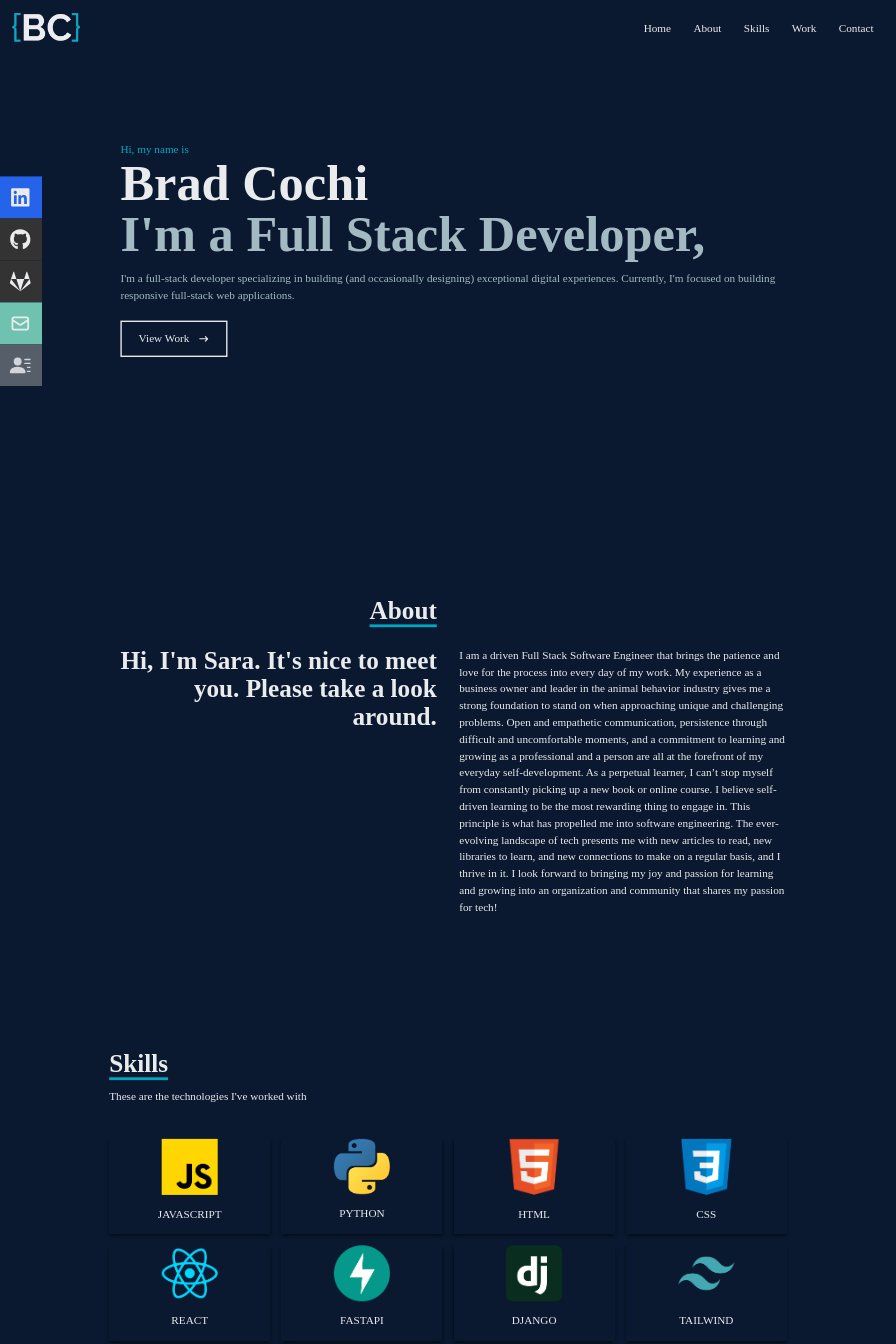
Repository: saramargulies/margulies-portfolio
Page: /
The author's editor kept a copy of each file at every save. The page is drawn from the files as they stood at one save, then again after the next save.
The browser window is 1280 px wide. The pictures show the part of the page from y = 0 to 1920 px (the page is 3600 px tall), at 70% of full size.
The project was rebuilt for these pictures with package versions that can differ from the ones it lists, and the page was loaded fresh each time.

Above is the page before, as saved 2023-12-05 12:38:45.

### public/index.html
<!DOCTYPE html>
<html lang="en">
  <head>
    <meta charset="utf-8" />
    <link rel="icon" href="%PUBLIC_URL%/favicon.ico" />
    <meta name="viewport" content="width=device-width, initial-scale=1" />
    <meta name="theme-color" content="#000000" />
    <meta
      name="description"
      content="Web site created using create-react-app"
    />
    <link rel="apple-touch-icon" href="%PUBLIC_URL%/logobluemobile.png" />
    <!--
      manifest.json provides metadata used when your web app is installed on a
      user's mobile device or desktop. See https://developers.google.com/web/fundamentals/web-app-manifest/
    -->
    <link rel="manifest" href="%PUBLIC_URL%/manifest.json" />
    <!--
      Notice the use of %PUBLIC_URL% in the tags above.
      It will be replaced with the URL of the `public` folder during the build.
      Only files inside the `public` folder can be referenced from the HTML.

      Unlike "/favicon.ico" or "favicon.ico", "%PUBLIC_URL%/favicon.ico" will
      work correctly both with client-side routing and a non-root public URL.
      Learn how to configure a non-root public URL by running `npm run build`.
    -->
    <title>Brad Cochi</title>
  </head>
  <body>
    <noscript>You need to enable JavaScript to run this app.</noscript>
    <div id="root"></div>
    <!--
      This HTML file is a template.
      If you open it directly in the browser, you will see an empty page.

      You can add webfonts, meta tags, or analytics to this file.
      The build step will place the bundled scripts into the <body> tag.

      To begin the development, run `npm start` or `yarn start`.
      To create a production bundle, use `npm run build` or `yarn build`.
    -->
  </body>
</html>

### src/App.js
import Navbar from "./components/Navbar";
import Home from "./components/Home";
import About from "./components/About";
import Skills from "./components/Skills";
import Work from "./components/Work";
import Contact from "./components/Contact";
import React, { useEffect } from "react";

function App() {
  useEffect(() => {
    document.title = "Brad Cochi";
  }, []);

  return (
    <div>
      <Navbar />
      <Home />
      <About />
      <Skills />
      <Work />
      <Contact />
    </div>
  );
}

export default App;

### src/components/Navbar.jsx
import React, { useState } from "react";
import {
  FaBars,
  FaTimes,
  FaGithub,
  FaGitlab,
  FaLinkedin,
} from "react-icons/fa";
import { HiOutlineMail } from "react-icons/hi";
import { BsFillPersonLinesFill } from "react-icons/bs";
import Logo from "../assets/logo.png";
import { Link } from "react-scroll";

const Navbar = () => {
  const [nav, setNav] = useState(false);
  const handleClick = () => setNav(!nav);

  return (
    <div className="fixed w-full h-[80px] flex justify-between items-center px-4 bg-[#0a192f] text-[#eaebed]">
      <div>
        <img src={Logo} alt="Logo" style={{ width: "100px" }} />
      </div>

      {/* Menu */}
      <ul className="hidden md:flex">
        <li>
          <Link to="home" smooth={true} duration={500}>
            Home
          </Link>
        </li>
        <li>
          <Link to="about" smooth={true} duration={500}>
            About
          </Link>
        </li>
        <li>
          <Link to="skills" smooth={true} duration={500}>
            Skills
          </Link>
        </li>
        <li>
          <Link to="work" smooth={true} duration={500}>
            Work
          </Link>
        </li>
        <li>
          <Link to="contact" smooth={true} duration={500}>
            Contact
          </Link>
        </li>
      </ul>

      {/* Hamburger */}
      <div onClick={handleClick} className="md:hidden z-10">
        {!nav ? <FaBars /> : <FaTimes />}
      </div>

      {/* Mobile menu */}
      <ul
        className={
          !nav
            ? "hidden"
            : "absolute top-0 left-0 w-full h-screen bg-[#0a192f] flex flex-col justify-center items-center"
        }
      >
        <li className="py-4 text-3xl">
          <Link onClick={handleClick} to="home" smooth={true} duration={500}>
            Home
          </Link>
        </li>
        <li className="py-4 text-3xl">
          <Link onClick={handleClick} to="about" smooth={true} duration={500}>
            About
          </Link>
        </li>
        <li className="py-4 text-3xl">
          <Link onClick={handleClick} to="skills" smooth={true} duration={500}>
            Skills
          </Link>
        </li>
        <li className="py-4 text-3xl">
          <Link onClick={handleClick} to="work" smooth={true} duration={500}>
            Work
          </Link>
        </li>
        <li className="py-4 text-3xl">
          <a
            className="flex justify-between items-center w-full text-gray-300"
            href="https://www.linkedin.com/in/brad-cochi/"
            target="_blank"
            rel="noopener noreferrer"
          >
            LinkedIn
          </a>
        </li>
        <li className="py-4 text-3xl">
          <a
            className="flex justify-between items-center w-full text-gray-300"
            href="https://docs.google.com/document/d/1NIh6wLXZUbtdGNBN_J33L0a28H9_5nH7budXHrZ2_Uo/edit"
            target="_blank"
            rel="noopener noreferrer"
          >
            Resume
          </a>
        </li>
        <li className="py-4 text-3xl">
          <a
            className="flex justify-between items-center w-full text-gray-300"
            href="https://github.com/bradcochi"
            target="_blank"
            rel="noopener noreferrer"
          >
            GitHub
          </a>
        </li>
        <li className="py-4 text-3xl">
          <a
            className="flex justify-between items-center w-full text-gray-300"
            href="https://gitlab.com/bradcochi"
            target="_blank"
            rel="noopener noreferrer"
          >
            GitLab
          </a>
        </li>
        <li className="py-4 text-3xl">
          <Link onClick={handleClick} to="contact" smooth={true} duration={500}>
            Contact
          </Link>
        </li>
      </ul>

      {/* Social icons */}
      <div className="hidden lg:flex fixed flex-col top-[35%] left-0">
        <ul>
          <li className="w-[160px] h-[60px] flex justify-between items-center ml-[-100px] hover:ml-[-10px] duration-300 bg-blue-600">
            <a
              className="flex justify-between items-center w-full text-[#eaebed]"
              href="https://www.linkedin.com/in/brad-cochi/"
              target="_blank"
              rel="noopener noreferrer"
            >
              LinkedIn <FaLinkedin size={30} />
            </a>
          </li>
          <li className="w-[160px] h-[60px] flex justify-between items-center ml-[-100px] hover:ml-[-10px] duration-300 bg-[#333333]">
            <a
              className="flex justify-between items-center w-full text-[#eaebed]"
              href="https://github.com/bradcochi"
              target="_blank"
              rel="noopener noreferrer"
            >
              GitHub <FaGithub size={30} />
            </a>
          </li>
          <li className="w-[160px] h-[60px] flex justify-between items-center ml-[-100px] hover:ml-[-10px] duration-300 bg-[#333333]">
            <a
              className="flex justify-between items-center w-full text-[#eaebed]"
              href="https://gitlab.com/bradcochi"
              target="_blank"
              rel="noopener noreferrer"
            >
              GitLab <FaGitlab size={30} />
            </a>
          </li>
          <li className="w-[160px] h-[60px] flex justify-between items-center ml-[-100px] hover:ml-[-10px] duration-300 bg-[#6fc2b0]">
            <Link
              to="contact"
              smooth={true}
              duration={500}
              className="flex justify-between items-center w-full text-[#eaebed]"
            >
              Email <HiOutlineMail size={30} />
            </Link>
          </li>
          <li className="w-[160px] h-[60px] flex justify-between items-center ml-[-100px] hover:ml-[-10px] duration-300 bg-[#565f69]">
            <a
              className="flex justify-between items-center w-full text-gray-300"
              href="https://docs.google.com/document/d/1NIh6wLXZUbtdGNBN_J33L0a28H9_5nH7budXHrZ2_Uo/edit"
              target="_blank"
              rel="noopener noreferrer"
            >
              Resume <BsFillPersonLinesFill size={30} />
            </a>
          </li>
          {/* need to add GitLab */}
        </ul>
      </div>
    </div>
  );
};

export default Navbar;

### src/components/Home.jsx
import React from "react";
import { HiArrowNarrowRight } from "react-icons/hi";
import { Link } from "react-scroll";

const Home = () => {
  return (
    <div name="home" className="w-full h-screen bg-[#0a192f]">
      {/* Container */}
      <div className="max-w-[1000px] mx-auto px-8 flex flex-col justify-center h-full">
        <p className="text-[#01a7c2]">Hi, my name is</p>
        <h1 className="text-4xl sm:text-7xl font-bold text-[#eaebed]">
          Brad Cochi
        </h1>
        <h2 className="text-4xl sm:text-7xl font-bold text-[#a3bac3]">
          I'm a Full Stack Developer,
        </h2>
        {/* Update the description in <p> tag to something personal */}
        <p className="text-[#a3bac3] py-4 max-w-700px">
          I'm a full-stack developer specializing in building (and occasionally
          designing) exceptional digital experiences. Currently, I'm focused on
          building responsive full-stack web applications.
        </p>
        <div>
          <Link to="work" smooth={true} duration={500}>
            <button className="text-[#eaebed] group border-2 px-6 py-3 my-2 flex items-center hover:bg-[#01a7c2] hover:border-[#01a7c2]">
              View Work
              <span className="group-hover:rotate-90 duration-300">
                <HiArrowNarrowRight className="ml-3" />
              </span>
            </button>
          </Link>
        </div>
      </div>
    </div>
  );
};

export default Home;

### src/components/About.jsx
import React from "react";

const About = () => {
  return (
    <div name="about" className="w-full h-screen bg-[#0a192f] text-[#eaebed]">
      <div className="flex flex-col justify-center items-center w-full h-full">
        <div className="max-w-[1000px] w-full grid grid-cols-2 gap-8">
          <div className="sm:text-right pb-8 pl-4">
            <p className="text-4xl font-bold inline border-b-4 border-[#01a7c2]">
              About
            </p>
          </div>
          <div></div>
        </div>
        <div className="max-w-[1000px] w-full grid sm:grid-cols-2 gap-8 px-4">
          <div className="sm:text-right text-4xl font-bold">
            <p>
              Hi, I'm Sara. It's nice to meet you. Please take a look around.
            </p>
          </div>
          <div>
            <p>
              I am a driven Full Stack Software Engineer that brings the
              patience and love for the process into every day of my work. My
              experience as a business owner and leader in the animal behavior
              industry gives me a strong foundation to stand on when approaching
              unique and challenging problems. Open and empathetic
              communication, persistence through difficult and uncomfortable
              moments, and a commitment to learning and growing as a
              professional and a person are all at the forefront of my everyday
              self-development. As a perpetual learner, I can’t stop myself from
              constantly picking up a new book or online course. I believe
              self-driven learning to be the most rewarding thing to engage in.
              This principle is what has propelled me into software engineering.
              The ever-evolving landscape of tech presents me with new articles
              to read, new libraries to learn, and new connections to make on a
              regular basis, and I thrive in it. I look forward to bringing my
              joy and passion for learning and growing into an organization and
              community that shares my passion for tech!
            </p>
          </div>
        </div>
      </div>
    </div>
  );
};

export default About;

### src/components/Skills.jsx
import React from "react";
import HTML from "../assets/html.png";
import CSS from "../assets/css.png";
import JavaScript from "../assets/javascript.png";
import Python from "../assets/python.png";
import ReactImg from "../assets/react.png";
import Django from "../assets/django.png";
import FastAPI from "../assets/fastapi.png";
import Tailwind from "../assets/tailwind.png";
import Bootstrap from "../assets/bootstrap.png";
import Mongo from "../assets/mongo.png";
import PostgreSQL from "../assets/postgresql.png";
import Docker from "../assets/docker.png";

const Skills = () => {
  return (
    <div
      name="skills"
      className="w-full min-h-screen flex items-center bg-[#0a192f] text-[#eaebed]"
    >
      {/* container */}
      <div className="max-w-[1000px] mx-auto p-4 flex flex-col justify-center w-full h-full">
        <div>
          <p className="text-4xl font-bold inline border-b-4 border-[#01a7c2]">
            Skills
          </p>
          <p className="py-4">These are the technologies I've worked with</p>
        </div>
        <div className="w-full grid grid-cols-2 sm:grid-cols-4 gap-4 text-center py-8">
          <div className="shadow-md shadow-[#040c16] hover:scale-110 duration-500">
            <img
              className="w-20 mx-auto"
              src={JavaScript}
              alt="JavaScript icon"
            />
            <p className="my-4">JAVASCRIPT</p>
          </div>
          <div className="shadow-md shadow-[#040c16] hover:scale-110 duration-500">
            <img className="w-20 mx-auto" src={Python} alt="Python icon" />
            <p className="my-4">PYTHON</p>
          </div>
          <div className="shadow-md shadow-[#040c16] hover:scale-110 duration-500">
            <img className="w-20 mx-auto" src={HTML} alt="HTML icon" />
            <p className="my-4">HTML</p>
          </div>
          <div className="shadow-md shadow-[#040c16] hover:scale-110 duration-500">
            <img className="w-20 mx-auto" src={CSS} alt="CSS icon" />
            <p className="my-4">CSS</p>
          </div>

          <div className="shadow-md shadow-[#040c16] hover:scale-110 duration-500">
            <img className="w-20 mx-auto" src={ReactImg} alt="React icon" />
            <p className="my-4">REACT</p>
          </div>
          <div className="shadow-md shadow-[#040c16] hover:scale-110 duration-500">
            <img className="w-20 mx-auto" src={FastAPI} alt="FastAPI icon" />
            <p className="my-4">FASTAPI</p>
          </div>
          <div className="shadow-md shadow-[#040c16] hover:scale-110 duration-500">
            <img className="w-20 mx-auto" src={Django} alt="Django icon" />
            <p className="my-4">DJANGO</p>
          </div>
          <div className="shadow-md shadow-[#040c16] hover:scale-110 duration-500">
            <img className="w-20 mx-auto" src={Tailwind} alt="Tailwind icon" />
            <p className="my-4">TAILWIND</p>
          </div>
          <div className="shadow-md shadow-[#040c16] hover:scale-110 duration-500">
            <img
              className="w-20 mx-auto"
              src={Bootstrap}
              alt="Bootstrap icon"
            />
            <p className="my-4">BOOTSTRAP</p>
          </div>
          <div className="shadow-md shadow-[#040c16] hover:scale-110 duration-500">
            <img className="w-20 mx-auto" src={Mongo} alt="Mongo DB icon" />
            <p className="my-4">MONGO DB</p>
          </div>
          <div className="shadow-md shadow-[#040c16] hover:scale-110 duration-500">
            <img
              className="w-20 mx-auto"
              src={PostgreSQL}
              alt="PostgreSQL icon"
            />
            <p className="my-4">POSTGRESQL</p>
          </div>
          <div className="shadow-md shadow-[#040c16] hover:scale-110 duration-500">
            <img className="w-20 mx-auto" src={Docker} alt="Docker icon" />
            <p className="my-4">DOCKER</p>
          </div>
        </div>
      </div>
    </div>
  );
};

export default Skills;

### src/components/Work.jsx
import React from "react";
import NPDBImg from "../assets/projects/NPDBImg.png";

const Work = () => {
  return (
    <div
      name="work"
      className="w-full md:min-h-screen flex items-center text-[#eaebed] bg-[#0a192f]"
    >
      <div className="max-w-[1000px] mx-auto p-4 flex flex-col justify-center w-full h-full">
        <div className="pb-8">
          <p className="text-4xl font-bold online border-b-4 text-[#eaebed] border-[#01a7c2]">
            Work
          </p>
          <p className="py-6">Check out some of my recent work</p>
        </div>

        {/* Container */}
        <div className="grid sm:grid-cols-2 md:grid-cols-3 gap-4">
          {/* Grid Item */}
          <div
            style={{ backgroundImage: `url(${NPDBImg})` }}
            className="shadow-lg shadow-[#040c16] group container rounded-md flex justify-center items-center mx-auto content-div"
          >
            {/* Hover Effects */}
            <div className="opacity-0 group-hover:opacity-100">
              <span className="text-2xl font-bold text-[#eaebed] track-wider">
                React JS Application
              </span>
              <div className="pt-8 text-center">
                <a
                  href="https://saramargs.gitlab.io/npdt/"
                  target="_blank"
                  rel="noopener noreferrer"
                >
                  <button className="text-center rounded-lg px-4 py-3 m-2 bg-[#eaebed] text-gray-700 font-bold text-lg">
                    Demo
                  </button>
                </a>
                <a
                  href="https://gitlab.com/saramargs/npdt"
                  target="_blank"
                  rel="noopener noreferrer"
                >
                  <button className="text-center rounded-lg px-4 py-3 m-2 bg-[#eaebed] text-gray-700 font-bold text-lg">
                    Code
                  </button>
                </a>
              </div>
            </div>
          </div>
        </div>
      </div>
    </div>
  );
};

export default Work;

### src/components/Contact.jsx
import React from "react";

const Contact = () => {
  return (
    <div
      name="contact"
      className="w-full min-h-screen bg-[#0a192f] flex justify-center items-center"
    >
      <form
        method="POST"
        action="https://getform.io/f/15822fa6-c7ff-455a-a9fe-c3d2c82dc92a"
        className="flex flex-col max-w-[600px] w-full p-4"
      >
        <div className="pb-8">
          <p className="text-4xl font-bold inline border-b-4 border-[#01a7c2] text-[#eaebed]">
            Contact
          </p>
          <p className="text-[#eaebed] py-4">
            Submit the form below or shoot me an email at bradcochi@gmail.com
          </p>
        </div>
        <input
          className="p-2 bg-[#ccd6f6]"
          type="text"
          placeholder="Name"
          name="name"
        />
        <input
          className="my-4 p-2 bg-[#ccd6f6]"
          type="email"
          placeholder="Email"
          name="email"
        />
        <textarea
          className="p-2 bg-[#ccd6f6]"
          name="message"
          rows="10"
          placeholder="Message"
        />
        <button className="text-[#eaebed] border-2 px-4 py-3 my-8 mx-auto flex items-center hover:bg-[#01a7c2] hover:border-[#01a7c2]">
          Let's Collaborate
        </button>
      </form>
    </div>
  );
};

export default Contact;

Loaded but not shown: src/index.js (common file); src/index.css (common file); tailwind.config.js (common file)

After the next save:
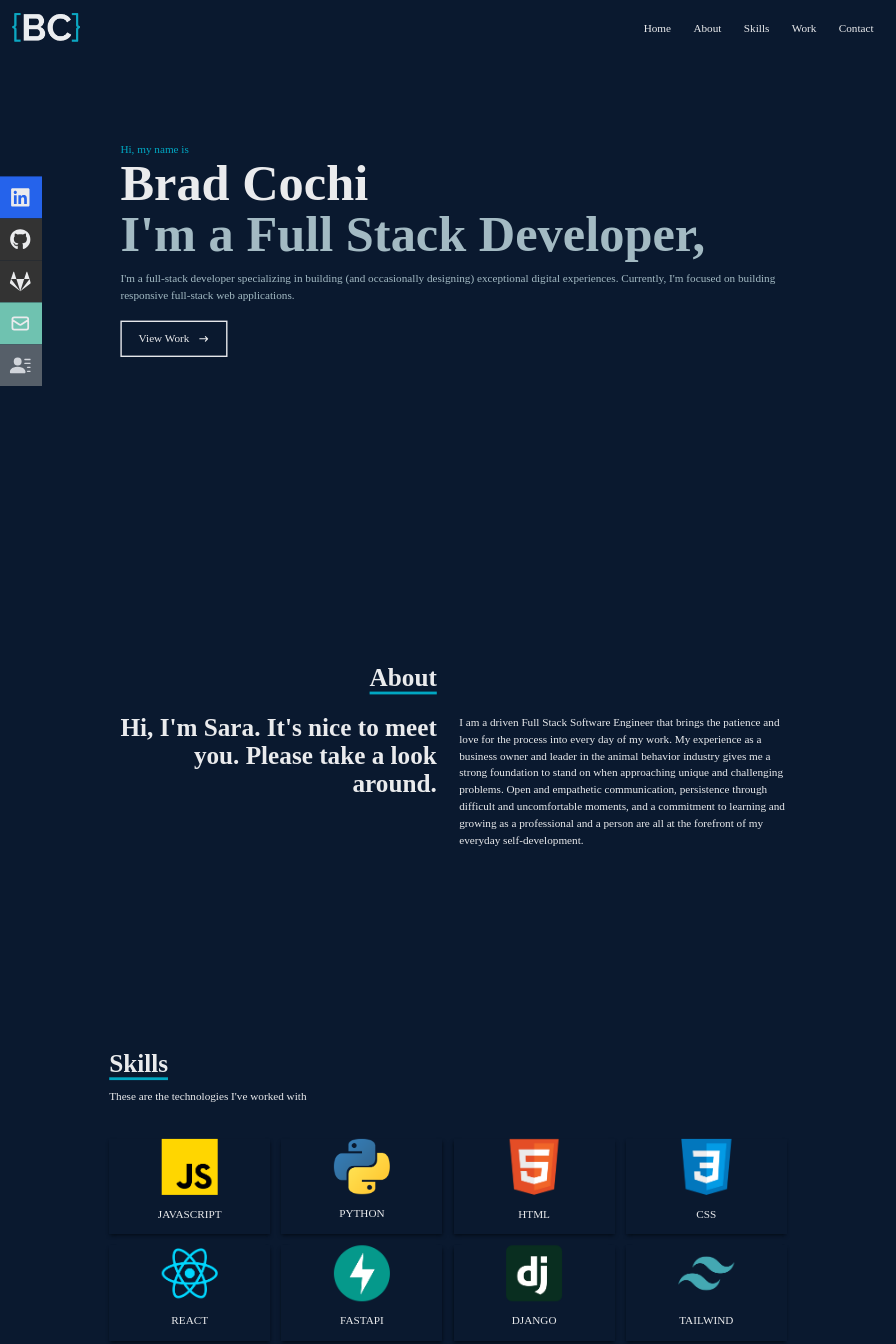
Saved 24 s later.
--- a/src/components/About.jsx
+++ b/src/components/About.jsx
@@ -28,15 +28,7 @@ const About = () => {
               communication, persistence through difficult and uncomfortable
               moments, and a commitment to learning and growing as a
               professional and a person are all at the forefront of my everyday
-              self-development. As a perpetual learner, I can’t stop myself from
-              constantly picking up a new book or online course. I believe
-              self-driven learning to be the most rewarding thing to engage in.
-              This principle is what has propelled me into software engineering.
-              The ever-evolving landscape of tech presents me with new articles
-              to read, new libraries to learn, and new connections to make on a
-              regular basis, and I thrive in it. I look forward to bringing my
-              joy and passion for learning and growing into an organization and
-              community that shares my passion for tech!
+              self-development.
             </p>
           </div>
         </div>
